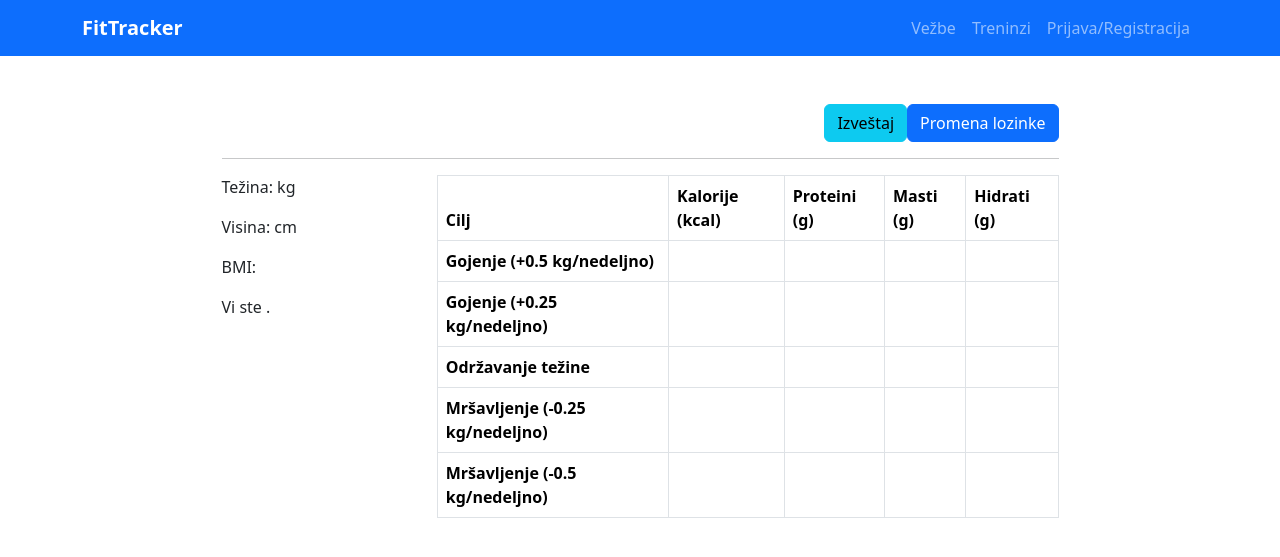
Repository: M1K1B/FitTracker
Page: http://localhost/FitTrackerWeb/profil.jsp
These files come from the project's save history. The page is drawn as it stood at one moment and after the next save; the edit follows.
The browser window is 1280 px wide. The pictures show the whole page.
The page is served by Tomcat 9. Other server files are loaded and not shown. The template is opened directly, without the code that normally fills it, so the values that code supplies are empty.

Above is the page before, as saved 2024-02-06 13:51:44.

### FitTrackerWeb/src/main/webapp/profil.jsp
<%@ page language="java" contentType="text/html; charset=UTF-8"
	pageEncoding="UTF-8"%>
<%@ taglib prefix="c" uri="http://java.sun.com/jsp/jstl/core"%>
<%@ taglib prefix="fn" uri="http://java.sun.com/jsp/jstl/functions"%>

<!DOCTYPE html>
<html>
<head>
<meta charset="UTF-8">
<meta name="viewport"
	content="width=device-width, initial-scale=1, shrink-to-fit=no">
<!-- Bootstrap CSS - Include the CSS file or use a CDN link -->
<link
	href="https://cdn.jsdelivr.net/npm/bootstrap@5.3.2/dist/css/bootstrap.min.css"
	rel="stylesheet"
	integrity="sha384-T3c6CoIi6uLrA9TneNEoa7RxnatzjcDSCmG1MXxSR1GAsXEV/Dwwykc2MPK8M2HN"
	crossorigin="anonymous">

<style>
.card {
	text-decoration: none;
}

.card:hover {
	background-color: #fafafa;
	cursor: pointer;
}
</style>
</head>
<body>
	<%@include file="header.jsp"%>

	<div class="container mt-5">
		<div class="col-9 mx-auto">
			<div class="d-flex align-items-center">
				<div>
					<h3 class="h3">${ korisnik.ime }${ korisnik.prezime }</h3>
					<p>${ korisnik.email }</p>
				</div>
				<div class="flex-grow-1"></div>
				<a class="btn btn-info">Izveštaj</a>
				<a class="btn btn-primary">Promena lozinke</a>
			</div>
			<hr>
			<div class="row">
				<div class="col-3">
					<p>Težina: ${ korisnik.tezina } kg</p>
					<p>Visina: ${ korisnik.visina } cm</p>
					<p>BMI: ${ korisnik.bmi }</p>
					<p>
						Vi ste <span class="text-decoration-underline">${ korisnik.status }</span>.
					</p>
				</div>
				<div class="col-9">

					<table class="table table-bordered">
						<thead>
							<tr>
								<th scope="col">Cilj</th>
								<th scope="col">Kalorije (kcal)</th>
								<th scope="col">Proteini (g)</th>
								<th scope="col">Masti (g)</th>
								<th scope="col">Hidrati (g)</th>
							</tr>
						</thead>
						<tbody>
							<tr>
								<th scope="row">Gojenje (+0.5 kg/nedeljno)</th>
								<td>${ korisnik.macros[0][0] }</td>
								<td>${ korisnik.macros[0][1] }</td>
								<td>${ korisnik.macros[0][2] }</td>
								<td>${ korisnik.macros[0][3] }</td>
							</tr>
							<tr>
								<th scope="row">Gojenje (+0.25 kg/nedeljno)</th>
								<td>${ korisnik.macros[1][0] }</td>
								<td>${ korisnik.macros[1][1] }</td>
								<td>${ korisnik.macros[1][2] }</td>
								<td>${ korisnik.macros[1][3] }</td>
							</tr>
							<tr>
								<th scope="row">Održavanje težine</th>
								<td>${ korisnik.macros[2][0] }</td>
								<td>${ korisnik.macros[2][1] }</td>
								<td>${ korisnik.macros[2][2] }</td>
								<td>${ korisnik.macros[2][3] }</td>
							</tr>
							<tr>
								<th scope="row">Mršavljenje (-0.25 kg/nedeljno)</th>
								<td>${ korisnik.macros[3][0] }</td>
								<td>${ korisnik.macros[3][1] }</td>
								<td>${ korisnik.macros[3][2] }</td>
								<td>${ korisnik.macros[3][3] }</td>
							</tr>
							<tr>
								<th scope="row">Mršavljenje (-0.5 kg/nedeljno)</th>
								<td>${ korisnik.macros[4][0] }</td>
								<td>${ korisnik.macros[4][1] }</td>
								<td>${ korisnik.macros[4][2] }</td>
								<td>${ korisnik.macros[4][3] }</td>
							</tr>
						</tbody>
					</table>
				</div>
			</div>

		</div>
	</div>

	<!-- Your Content Goes Here -->
	<script
		src="https://cdn.jsdelivr.net/npm/bootstrap@5.3.2/dist/js/bootstrap.bundle.min.js"
		integrity="sha384-C6RzsynM9kWDrMNeT87bh95OGNyZPhcTNXj1NW7RuBCsyN/o0jlpcV8Qyq46cDfL"
		crossorigin="anonymous"></script>
</body>
</html>

### FitTrackerWeb/src/main/webapp/header.jsp
<%@ page language="java" contentType="text/html; charset=UTF-8"
	pageEncoding="UTF-8"%>
<!DOCTYPE html>
<html>
<head>
<meta charset="UTF-8">
<meta name="viewport"
	content="width=device-width, initial-scale=1, shrink-to-fit=no">
<!-- Bootstrap CSS - Include the CSS file or use a CDN link -->
<link
	href="https://cdn.jsdelivr.net/npm/bootstrap@5.3.2/dist/css/bootstrap.min.css"
	rel="stylesheet"
	integrity="sha384-T3c6CoIi6uLrA9TneNEoa7RxnatzjcDSCmG1MXxSR1GAsXEV/Dwwykc2MPK8M2HN"
	crossorigin="anonymous">
</head>
<body>

	<!-- Bootstrap Navbar -->
	<nav class="navbar navbar-dark navbar-expand-lg bg-primary">
		<div class="container">
			<a class="navbar-brand" href="/FitTracker/vezbe/sveVezbe"><strong>FitTracker</strong></a>
			<button class="navbar-toggler" type="button"
				data-bs-toggle="collapse" data-bs-target="#navbarSupportedContent"
				aria-controls="navbarSupportedContent" aria-expanded="false"
				aria-label="Toggle navigation">
				<span class="navbar-toggler-icon"></span>
			</button>
			<div class="collapse navbar-collapse" id="navbarSupportedContent">
				<ul class="navbar-nav ms-auto mb-2 mb-lg-0">
					<li class="nav-item"><a class="nav-link"
						aria-current="page" href="/FitTracker/vezbe/sveVezbe">Vežbe</a></li>
					<li class="nav-item"><a class="nav-link"
						href="/FitTracker/treninzi/sviTreninzi">Treninzi</a></li>
					<c:if test="${pageContext.request.userPrincipal.name == null}">
					<li class="nav-item"><a class="nav-link"
						href="/FitTracker/login">Prijava/Registracija</a></li>

					</c:if>
					<c:if test="${pageContext.request.userPrincipal.name != null}">
						<li class="nav-item dropdown">
					<a
						class="nav-link dropdown-toggle" href="#" role="button"
						data-bs-toggle="dropdown" aria-expanded="false">

						${ pageContext.request.userPrincipal.name }
					</a>
						<ul class="dropdown-menu">
							<li><a class="dropdown-item"
								href="/FitTracker/profil">Moj profil</a></li>
							<li><hr class="dropdown-divider"></li>
							<li><a class="dropdown-item text-danger"
								href="/FitTracker/logout">Izlogujte se</a></li>
						</ul></li>
					</c:if>

			</div>
		</div>
	</nav>

	<!-- Your Content Goes Here -->
	<!-- <script src="https://cdn.jsdelivr.net/npm/bootstrap@5.3.2/dist/js/bootstrap.bundle.min.js" integrity="sha384-C6RzsynM9kWDrMNeT87bh95OGNyZPhcTNXj1NW7RuBCsyN/o0jlpcV8Qyq46cDfL" crossorigin="anonymous"></script> -->
</body>
</html>

After the next save:
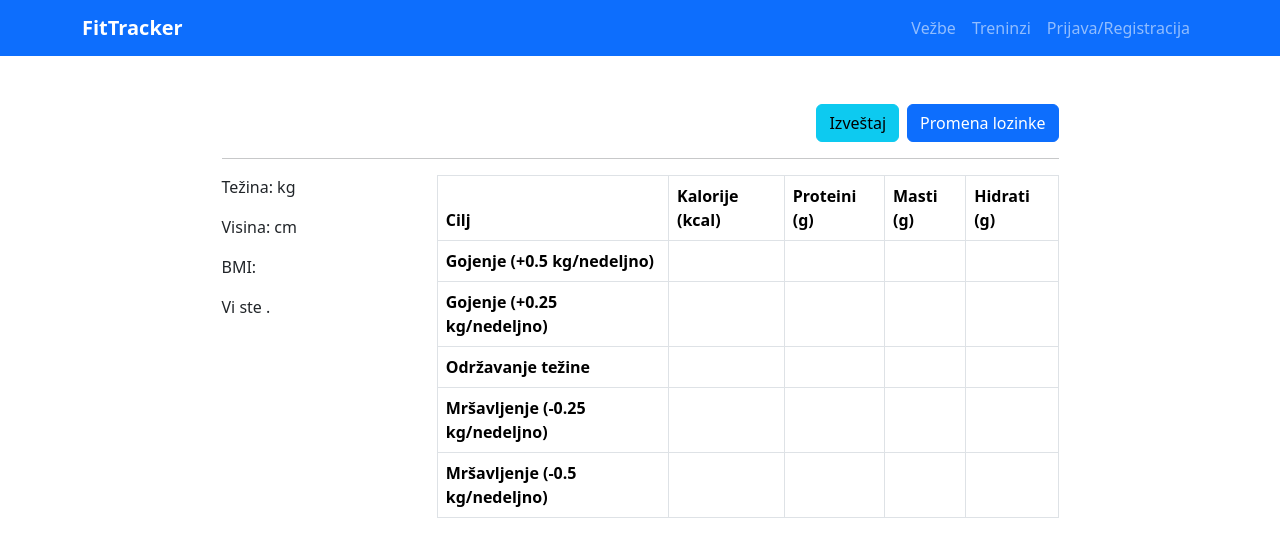
Saved 9 s later.
--- a/FitTrackerWeb/src/main/webapp/profil.jsp
+++ b/FitTrackerWeb/src/main/webapp/profil.jsp
@@ -39,7 +39,7 @@
 				</div>
 				<div class="flex-grow-1"></div>
 				<a class="btn btn-info">Izveštaj</a>
-				<a class="btn btn-primary">Promena lozinke</a>
+				<a class="btn btn-primary ms-2">Promena lozinke</a>
 			</div>
 			<hr>
 			<div class="row">
